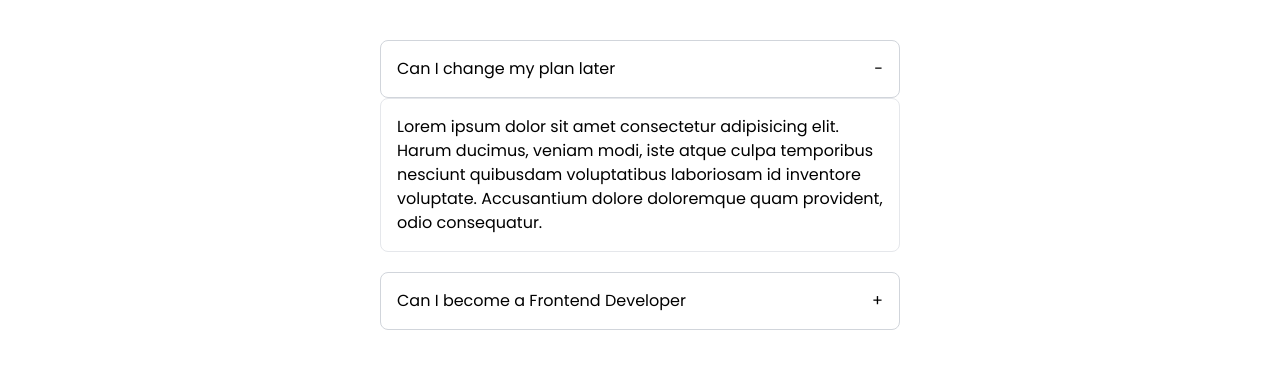
Repository: ThanhPhongsof/React-Course
Page: /, after clicking the first element matching `div.flex`
An editor plug-in stored every save of this project. The page is shown before and after the next save, followed by the edit.
The browser window is 1280 px wide. The pictures show the whole page.
The project was rebuilt for these pictures with package versions that can differ from the ones it lists, and the page was loaded fresh each time. Also part of the build but not shown: src/components/advanced-react/react-composition/Edittable.js.

Above is the page before, as saved 2022-04-24 12:07:07.

After the next save:
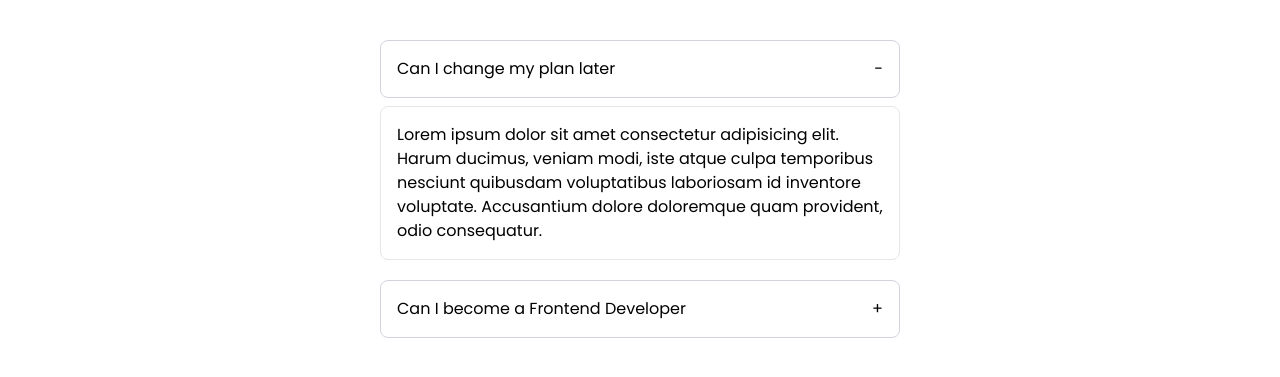
Saved 28 s later.
--- a/src/components/advanced-react/react-composition/AccordionContent.js
+++ b/src/components/advanced-react/react-composition/AccordionContent.js
@@ -4,7 +4,7 @@ const AccordionContent = ({ show, children }) => {
   return (
     <>
       {show && (
-        <div className="p-4 border border-gray-200 rounded-lg content">
+        <div className="p-4 mt-2 border border-gray-200 rounded-lg content">
           {children}
         </div>
       )}
